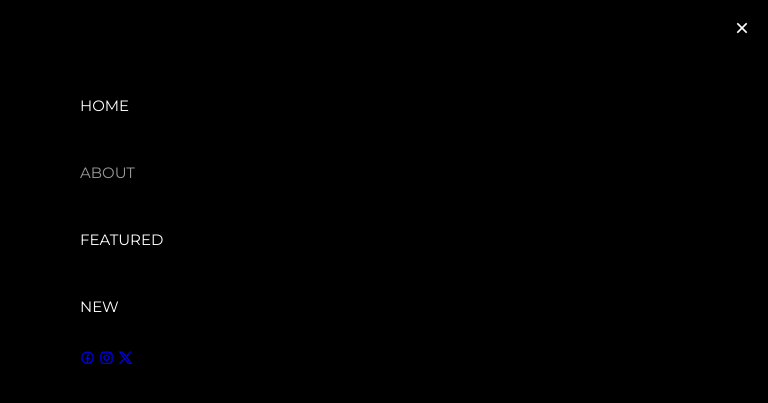
Repository: dinhhaidh/Responsive-wacthes-slider
Page: index.html
An editor plug-in stored every save of this project. The page is shown before and after the next save, followed by the edit.
The browser window is 768 px wide. The pictures show the whole page.

Above is the page before, as saved 2024-03-05 18:24:05.

### index.html
<!DOCTYPE html>
<html lang="en">
<head>
    <meta charset="UTF-8">
    <meta name="viewport" content="width=device-width, initial-scale=1.0">

    <!--=============== FAVICON ===============-->
    <link rel="shortcut icon" href="assets/img/favicon.png" type="image/x-icon">

    <!--=============== REMIXICONS ===============-->
    <link rel="stylesheet" href="https://cdnjs.cloudflare.com/ajax/libs/remixicon/3.5.0/remixicon.css">

    <!--=============== SWIPER CSS ===============-->
    <link rel="stylesheet" href="./css/swiper-bundle.min.css">

    <!--=============== CSS ===============-->
    <link rel="stylesheet" href="./css/style.css">

    <title>Responsive wacthes website</title>
</head>
<body>
    <!--==================== HEADER ====================-->
    <header class="header" id="header">
        <nav class="nav container">
            <a href="#" class="nav__logo">WATCHES</a>

            <div class="nav__menu" id="nav-menu">
                <ul class="nav__list">
                    <li class="nav__item">
                        <a href="#" class="nav__link">HOME</a>
                    </li>
                    <li class="nav__item">
                        <a href="#" class="nav__link"></a>ABOUT</a>
                    </li>
                    <li class="nav__item">
                        <a href="#" class="nav__link">FEATURED</a>
                    </li>
                    <li class="nav__item">
                        <a href="#" class="nav__link">NEW</a>
                    </li>
                </ul>
                <div class="nav__social">
                    <a href="https://www.facebook.com" target="_blank" class="nav__social-link">
                        <i class="ri-facebook-circle-line"></i>
                    </a>
                    <a href="https://www.instagram.com" target="_blank" class="nav__social-link">
                        <i class="ri-instagram-line"></i>
                    </a>
                    <a href="https://www.twitter.com" target="_blank" class="nav__social-link">
                        <i class="ri-twitter-x-line"></i>
                    </a>
                </div>

                <!-- close button -->
                <div class="nav__close" id="nav-close">
                    <i class="ri-close-line"></i>
                </div>
            </div>

            <!-- Toggle button -->
            <div class="nav__toggle" id="nav-toggle">
                <i class="ri-menu-line"></i>
            </div>
        </nav>
    </header>

    <!--==================== MAIN ====================-->
    <main class="main">
        <!--==================== HOME ====================-->
        <section class="home">

        </section>
    </main>

    <!--=============== GSAP ===============-->
    <script src="./js/gsap.min.js"></script>

    <!--=============== SWIPER JS ===============-->
    <script src="./js/scrollreveal.min.js"></script>

    <script src="https://code.jquery.com/jquery-3.7.1.slim.min.js"></script>

    <!--=============== MAIN JS ===============-->
    <script src="./js/main.js"></script>
</body>
</html>

### css/style.css
/*=============== GOOGLE FONTS ===============*/
@import url("https://fonts.googleapis.com/css2?family=Montserrat:wght@400;600;700&display=swap");

/*=============== VARIABLES CSS ===============*/
:root {
    --header-height: 3.5rem;

    /*========== Colors ==========*/
    /*Color mode HSL(hue, saturation, lightness)*/
    --title-color: hsl(0, 0%, 100%);
    --text-color: hsl(0, 0%, 60%);
    --body-color: hsl(0, 0%, 0%);

    /*========== Font and typography ==========*/
    /*.5rem = 8px | 1rem = 16px ...*/
    --body-font: "Montserrat", sans-serif;
    --h1-font-size: 1.5rem;
    --h3-font-size: 1rem;
    --normal-font-size: .938rem;
    --small-font-size: .813rem;

    /*========== Font weight ==========*/
    --font-regular: 400;
    --font-semi-bold: 600;
    --font-bold: 700;

    /*========== z index ==========*/
    --z-tooltip: 10;
    --z-fixed: 100;
    }

/*========== Responsive typography ==========*/
@media screen and (min-width: 1152px) {
    :root {
        --h1-font-size: 2.25rem;
        --h3-font-size: 1.25rem;
        --normal-font-size: 1rem;
        --small-font-size: .875rem;
    }
}

/*=============== BASE ===============*/
* {
    box-sizing: border-box;
    padding: 0;
    margin: 0;
}

body {
    font-family: var(--body-font);
    font-size: var(--normal-font-size);
    background-color: var(--body-color);
    color: var(--text-color);
}

ul {
    list-style: none;
}

a {
    text-decoration: none;
}

img {
    display: block;
    max-width: 100%;
    height: auto;
}

/*=============== REUSABLE CSS CLASSES ===============*/
.container {
    max-width: 1120px;
    margin-inline: 1.5rem;
}

.main {
    overflow: hidden;
}

/*=============== HEADER & NAV ===============*/
.header{
    position: fixed;
    top: 0;
    left: 0;
    width: 100%;
    background-color: var(--body-color);
    border-bottom: 1px solid var(--text-color);
    z-index: var(--z-fixed);
}
.nav{
    height: var(--header-height);
    position: relative;
    display:flex;
    justify-content: space-between;
    align-items: center;
}
.nav__logo{
    color: var(--title-color);
}
.nav__toggle,
.nav__close{
    cursor: pointer;
    color: var(--title-color);
    font-size: 1.25rem;
}
.nav__link{
    color: var(--title-color);
}

/* Navigation for mobile devices */
@media screen and (max-width: 1023.98px) {
    .nav__menu{
        position: fixed;
        top: 0;
        left: 0;
        width: 100%;
        height: 100%;
        background-color: black;
        padding: 6rem 5rem 1rem;
        transition: top .4s;
    }
    .nav__list{
        display: flex;
        flex-direction: column;
        row-gap: 3rem;
        margin-bottom: 2rem;
    }
    .nav__close{
        position: absolute;
        top: 1rem;
        right: 1rem;
    }
}


/* Show menu */
.show-menu{
    top: 0;
}

/*=============== HOME ===============*/


/* Swiper class */


/*=============== SCROLL BAR ===============*/


/*=============== BREAKPOINTS ===============*/
/* For small devices */


/* For medium devices */


/* For large devices */


/* For taller devices */

### js/main.js
$(document).ready(function(){
    $("#nav-toggle").click(function(){
        $("#nav-menu").addClass('show-menu');
    })
    $("#nav-close").click(function(){
        $("#nav-menu").addClass('show-menu');
    })
})

Loaded but not shown: css/swiper-bundle.min.css (library); js/gsap.min.js (library); js/scrollreveal.min.js (library)

After the next save:
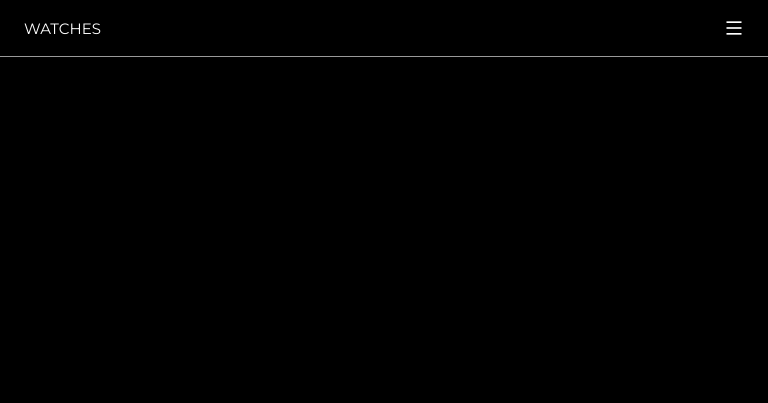
Saved 6 s later.
--- a/css/style.css
+++ b/css/style.css
@@ -111,7 +111,7 @@ img {
 @media screen and (max-width: 1023.98px) {
     .nav__menu{
         position: fixed;
-        top: 0;
+        top: -100%;
         left: 0;
         width: 100%;
         height: 100%;
